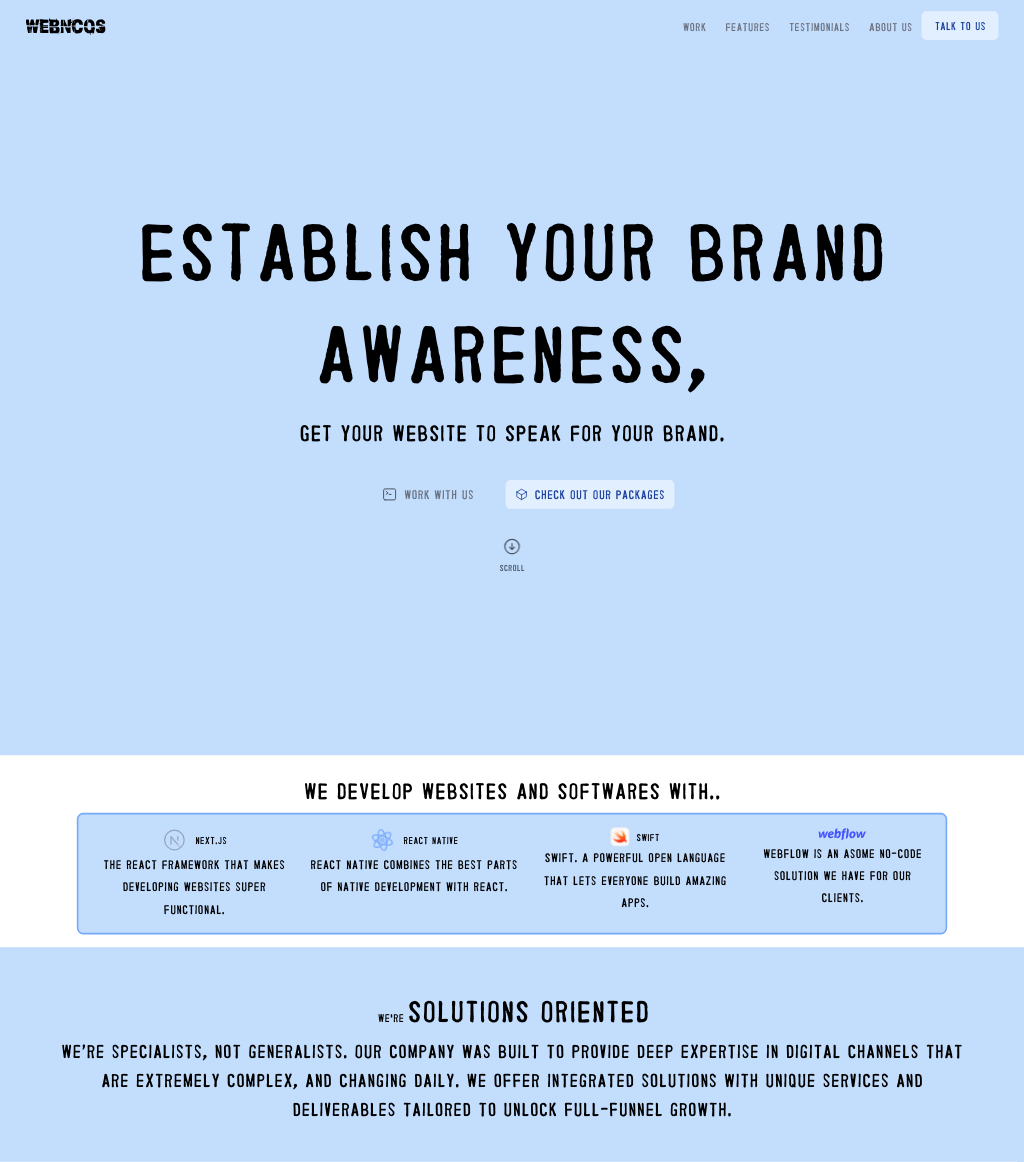
Repository: 1realjulius/webncos
Page: /
An editor plug-in stored every save of this project. The page is shown before and after the next save, followed by the edit.
The browser window is 1280 px wide. The pictures show the whole page, at 80% of full size.
The project was rebuilt for these pictures with package versions that can differ from the ones it lists, and the page was loaded fresh each time. The framework's server and built-in components were replaced by stand-ins that run in the browser. Also part of the build but not shown: next.config.js.

Above is the page before, as saved 2022-09-02 13:19:46.

After the next save:
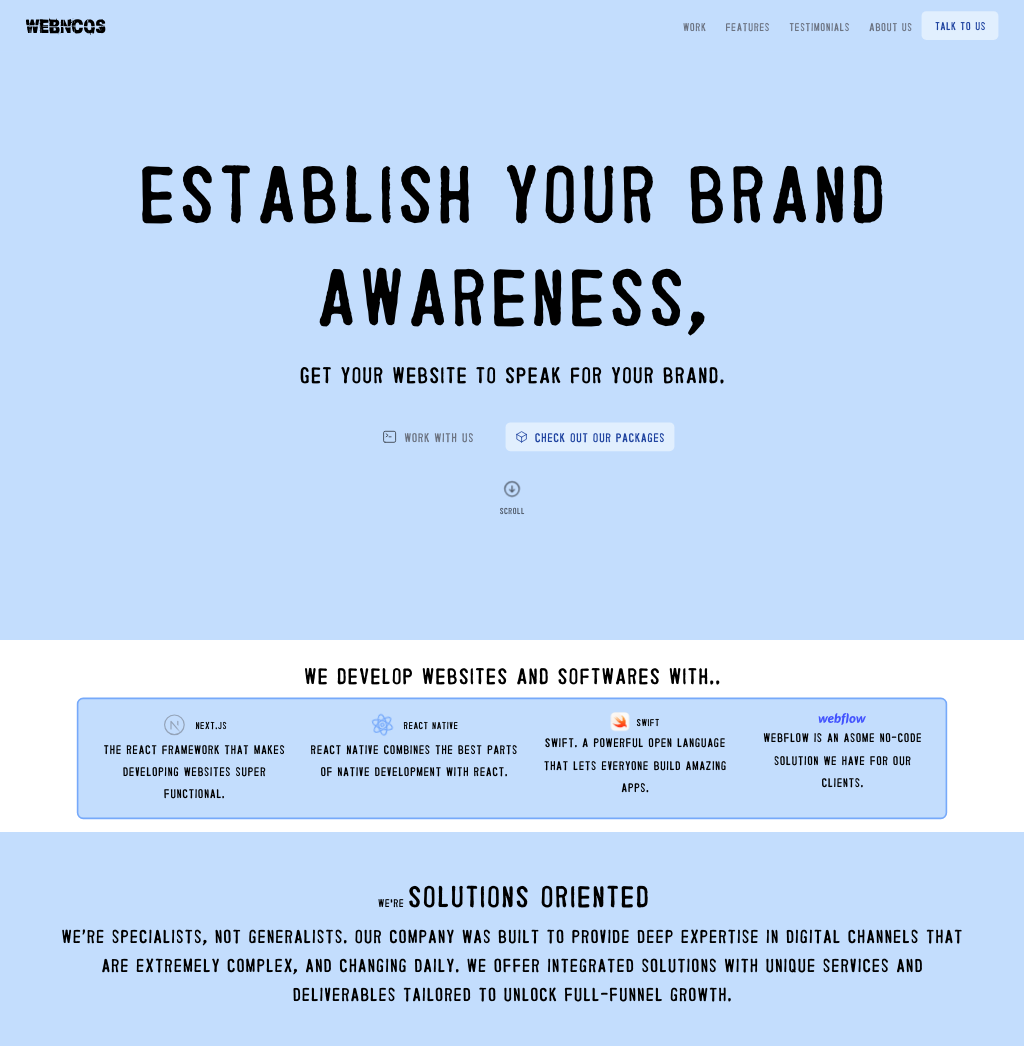
Saved 87 s later.
--- a/components/MainHome.tsx
+++ b/components/MainHome.tsx
@@ -8,7 +8,7 @@
   return (
     <div className="flex flex-col max-w-8xl">
       {/* header */}
-      <div className="md:my-20 min-h-screen items-center justify-center flex flex-col">
+      <div className="md:my-2 min-h-screen items-center justify-center flex flex-col">
         <div className=" flex flex-col items-center justify-center">
           <div className="pt-4 pb-2">
             <h1 className="text-6xl md:text-9xl text-center font-parcel px-2">
